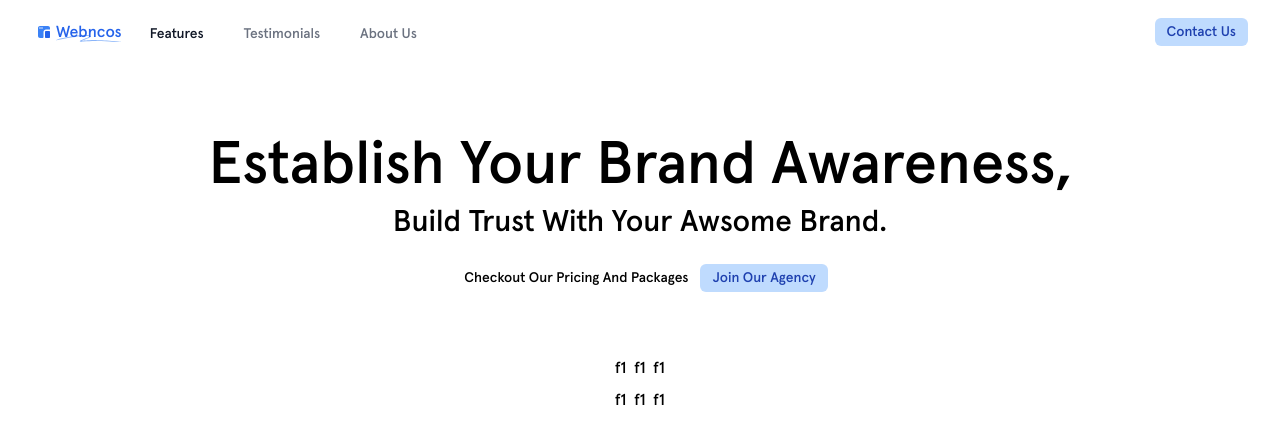
Repository: 1realjulius/webncos
Page: /
The author's editor kept a copy of each file at every save. The page is drawn from the files as they stood at one save, then again after the next save.
The browser window is 1280 px wide. The pictures show the whole page.
The project was rebuilt for these pictures with package versions that can differ from the ones it lists, and the page was loaded fresh each time. A package was used in the major version that the imports need, not the one package.json lists. The framework's server and built-in components were replaced by stand-ins that run in the browser. Also part of the build but not shown: next.config.js.

Above is the page before, as saved 2022-08-22 04:20:25.

After the next save:
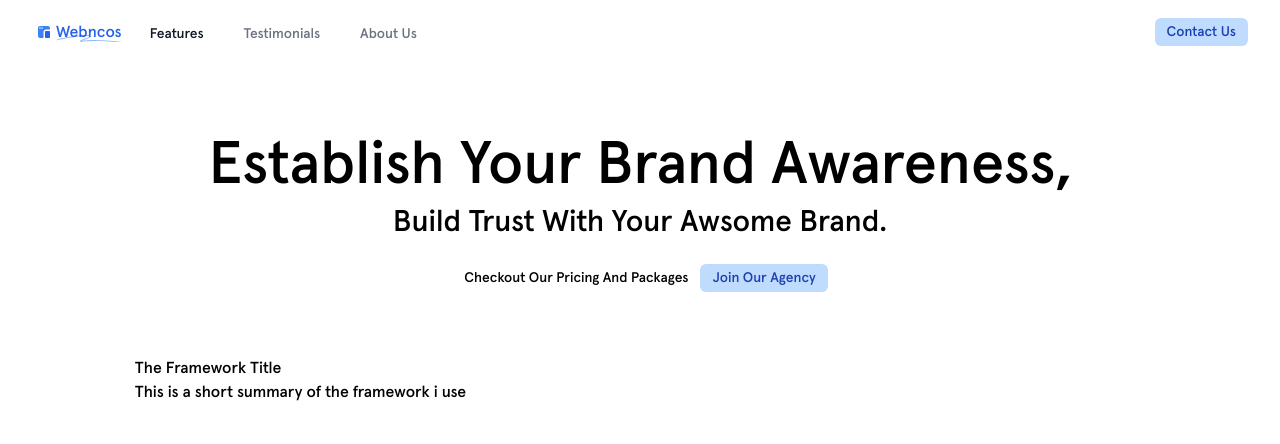
Saved 2 min 1 s later.
--- a/components/MainHome.tsx
+++ b/components/MainHome.tsx
@@ -30,12 +30,14 @@ const MainHome = () => {
       {/* Frameworks I use */}
       <div className="flex flex-col items-center">
         <div className="flex flex-col md:grid md:grid-cols-3 gap-2 items-center">
-            <div>f1</div>
-            <div>f1</div>
-            <div>f1</div>
-            <div>f1</div>
-            <div>f1</div>
-            <div>f1</div>
+            <div>
+                <div>
+                    <h3>The Framework Title</h3>
+                </div>
+                <div>
+                    <p>This is a short summary of the framework i use</p>
+                </div>
+            </div>
         </div>
       </div>
       {/* Services We offer (Features) */}
